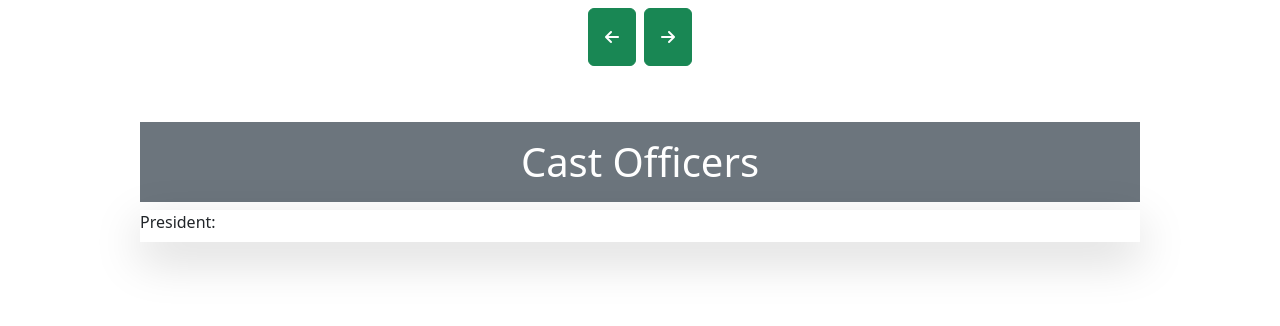
Repository: FRANZSAIJEM/livewire
Page: /second
These files come from the project's save history. The page is drawn as it stood at one moment and after a run of saves; the edit follows.
The browser window is 1280 px wide. The pictures show the whole page.
The page's requests for data from a server got no answer. Some web libraries are served in a nearby version. The project was rebuilt for these pictures with package versions that can differ from the ones it lists, and the page was loaded fresh each time. No one was signed in, and anything a server would have sent is missing. Also part of the build but not shown: vite.config.ts.

Above is the page before, as saved 2023-02-18 08:02:41.

After the next 2 saves:
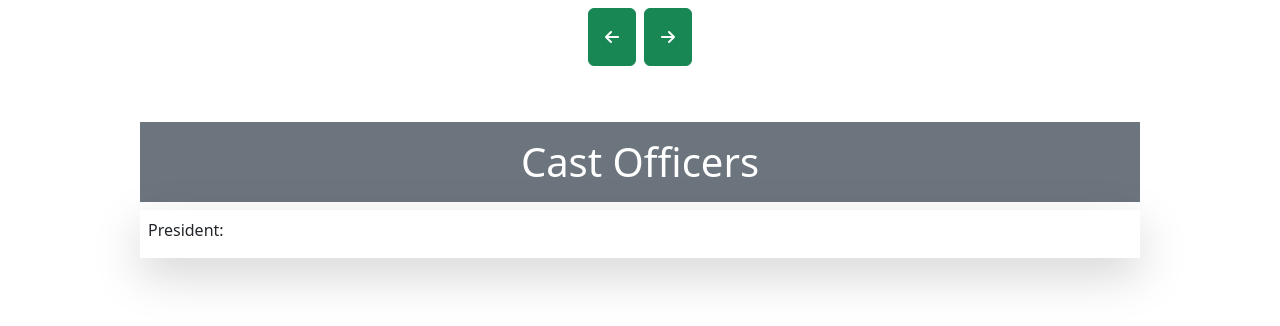
The 2 saves are shown as one change because they came seconds apart.
The last was saved 6 s later.
--- a/src/views/SecondPageView.vue
+++ b/src/views/SecondPageView.vue
@@ -34,7 +34,7 @@
               <button @click="addAttendance()" class="btn btn-success"><i class="fa fa-person"></i> Add</button> -->
 
 
-            <label for="" class="form-label">
+            <label for="" class="form-label p-2">
               President:
             </label>
             </div>
